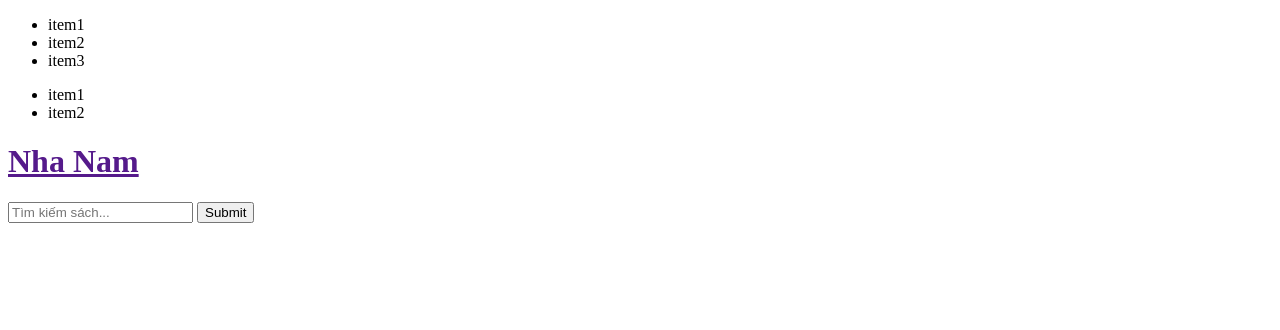
Repository: Kienroro2003/A0921I1_NgyenTranKien
Page: Module6/sprint2/index.html
These files come from the project's save history. The page is drawn as it stood at one moment and after a run of saves; the edit follows.
The browser window is 1280 px wide. The pictures show the whole page.

Above is the page before, as saved 2022-08-26 16:19:03.

### Module6/sprint2/index.html
<!DOCTYPE html>
<html lang="en">
<head>
    <meta charset="UTF-8">
    <meta http-equiv="X-UA-Compatible" content="IE=edge">
    <meta name="viewport" content="width=device-width, initial-scale=1.0">
    <title>Nhã Nam</title>
</head>
<body>
    <div class="page">
        <div class="header">
            <div class="topbar">
                <div class="wrapper">
                    <div class="clearfix">
                        <ul class="topnav">
                            <li>item1</li>
                            <li>item2</li>
                            <li>item3</li>
                        </ul>
                        <ul class="topprofile">
                            <li>item1</li>
                            <li>item2</li>
                        </ul>
                    </div>
                </div>
            </div>
            <div class="wrapper wrap">
                <h1 class="logo">
                    <a href="">Nha Nam</a>
                </h1>
                <div class="card"></div>
                <div class="search">
                    <form action="">
                        <input type="text" placeholder="Tìm kiếm sách..." class="text">
                        <input type="submit" class="submit">
                    </form>
                </div>
            </div>
            <div class="mainnav">
                <div class="wrapper">
                    <div class="menu">

                    </div>
                </div>
            </div>
        </div>
    </div>
</body>
</html>

After the next 3 saves:
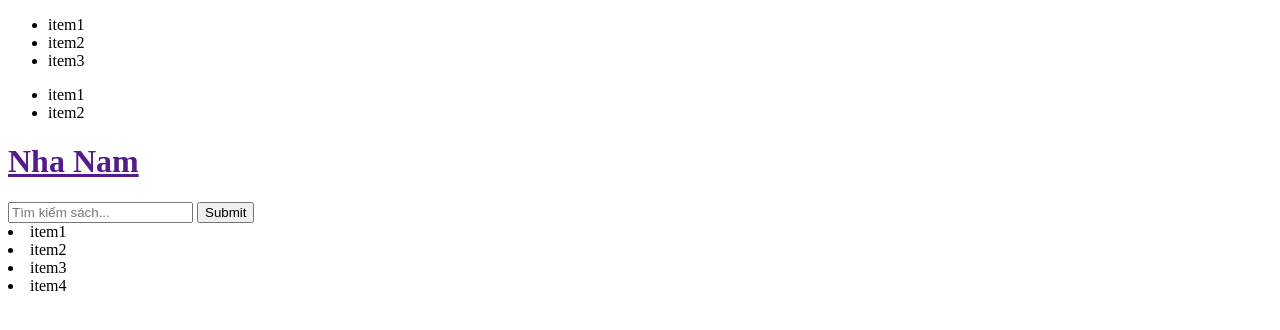
The 3 saves are shown as one change because they came seconds apart.
The last was saved 26 s later.
--- a/Module6/sprint2/index.html
+++ b/Module6/sprint2/index.html
@@ -39,7 +39,10 @@
             <div class="mainnav">
                 <div class="wrapper">
                     <div class="menu">
-
+                        <li>item1</li>
+                        <li>item2</li>
+                        <li>item3</li>
+                        <li>item4</li>
                     </div>
                 </div>
             </div>
